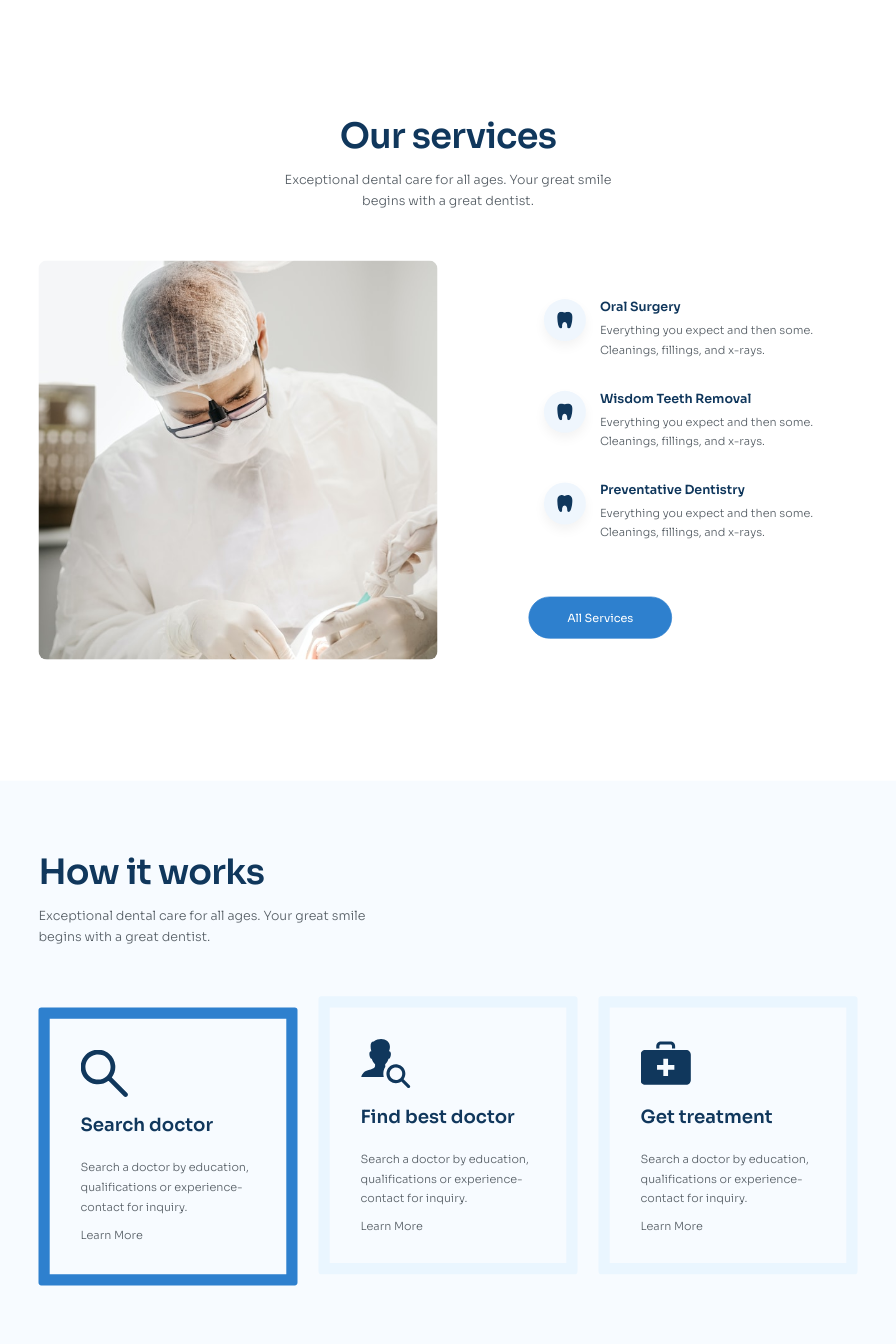
Repository: anhtien111198/f8-htmlcss-03
Page: index.html
The author's editor kept a copy of each file at every save. The page is drawn from the files as they stood at one save, then again after the next save.
The browser window is 1280 px wide. The pictures show the part of the page from y = 726 to 2646 px (the page is 2646 px tall), at 70% of full size.
The pointer rests on the first visible `.work-item`.

Above is the page before, as saved 2023-05-13 14:41:02.

After the next save:
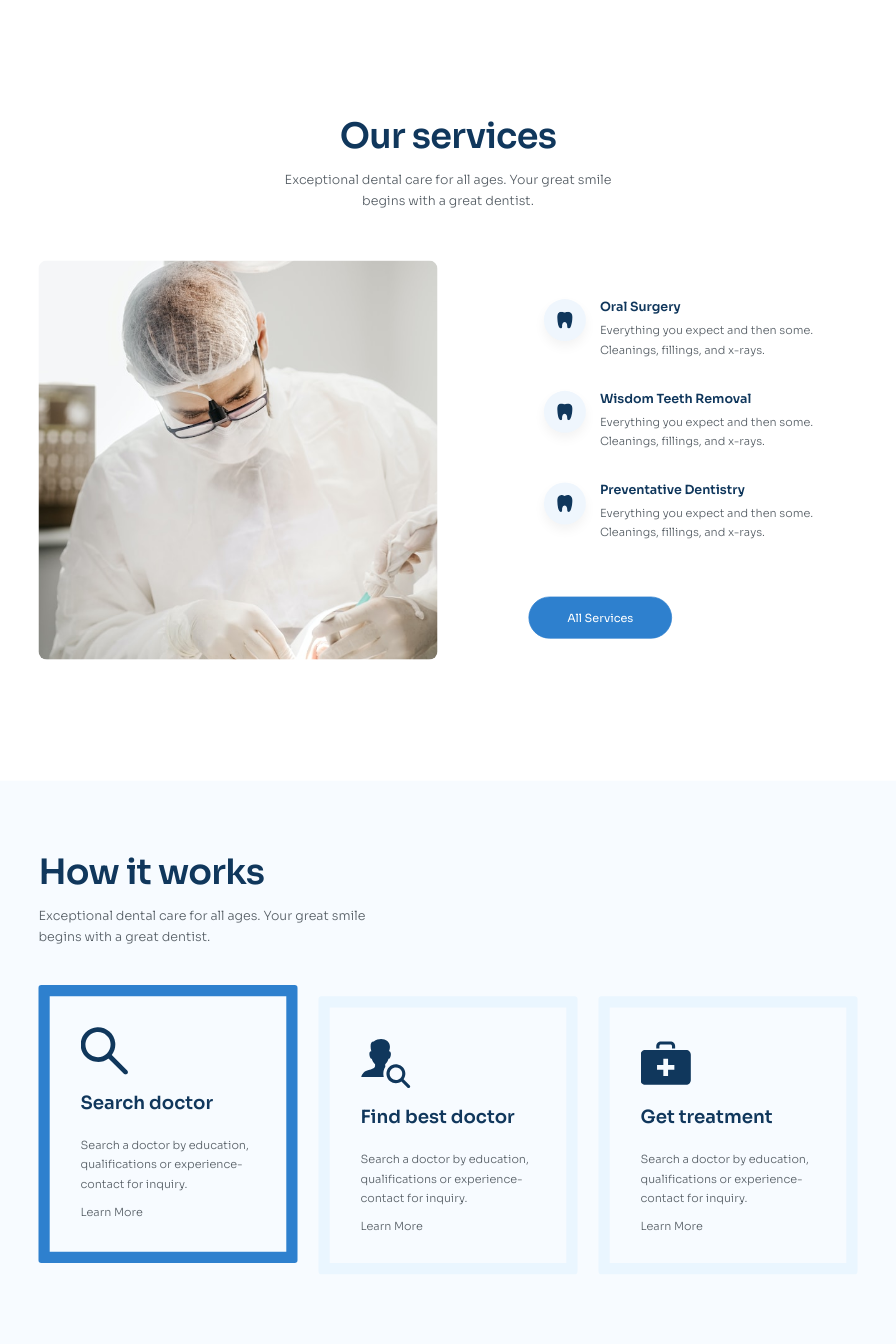
Saved 10 s later.
--- a/assets/css/style.css
+++ b/assets/css/style.css
@@ -294,7 +294,7 @@ a {
     transition: 0.25;
 }
 .work-item:hover {
-    transform: translateY(16px);
+    transform: translateY(-16px);
     border-color: #2e80ce;
 }
 .work-item__heading {
